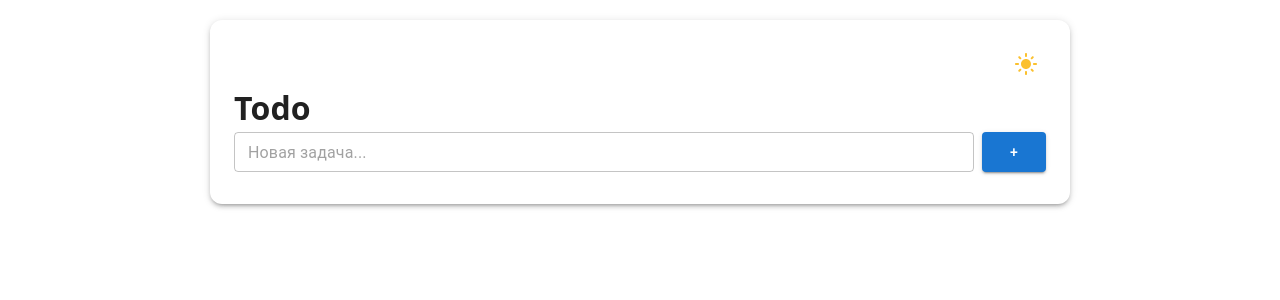
Repository: Burnmyheart/todo-app
Page: /
These files come from the project's save history. The page is drawn as it stood at one moment and after the next save; the edit follows.
The browser window is 1280 px wide. The pictures show the whole page.
The project was rebuilt for these pictures with package versions that can differ from the ones it lists, and the page was loaded fresh each time. Also part of the build but not shown: vite.config.ts, src/components/EditTodo/EditTodo.tsx, src/components/TodoItem/TodoItem.tsx, src/components/TodoList/TodoList.tsx.

Above is the page before, as saved 2025-09-25 20:56:53.

After the next save:
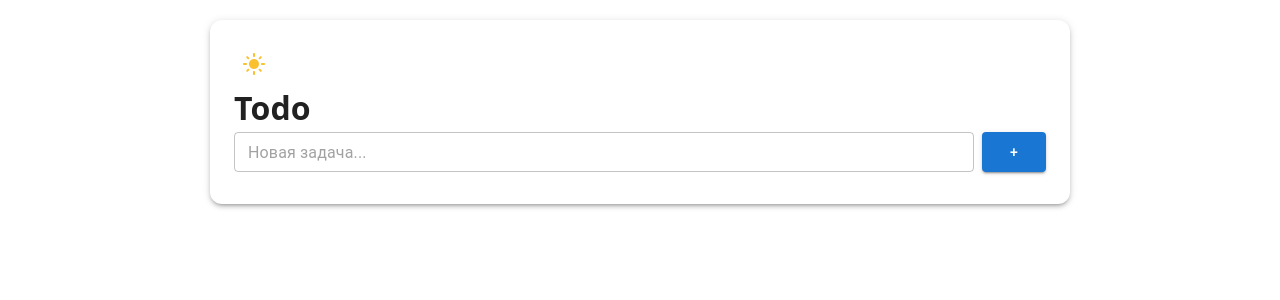
Saved 21 s later.
--- a/src/App.tsx
+++ b/src/App.tsx
@@ -61,7 +61,7 @@ const App: React.FC = () => {
           }}
         >
           {/* Тумблер */}
-          <div style={{ display: "flex", justifyContent: "flex-end" }}>
+          <div style={{ display: "flex", justifyContent: "flex-start" }}>
             <IconButton onClick={() => setDarkMode((prev) => !prev)}>
               {darkMode ? (
                 <DarkModeIcon sx={{ color: "#90caf9" }} />
